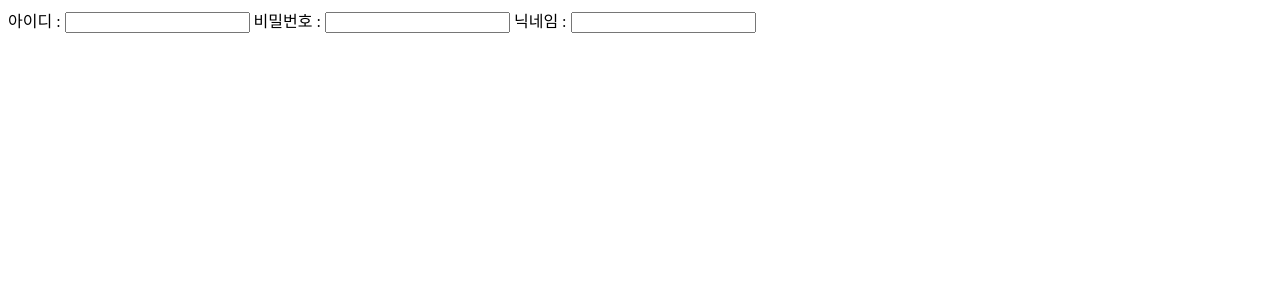
Repository: JongMin22/jsp.practice
Page: http://localhost/JSPBasic/JspObject/5.session/session_login.jsp
The author's editor kept a copy of each file at every save. The page is drawn from the files as they stood at one save, then again after the next save.
The browser window is 1280 px wide. The pictures show the whole page.
The page is served by Tomcat 9.

Above is the page before, as saved 2022-02-08 02:08:43.

After the next save:
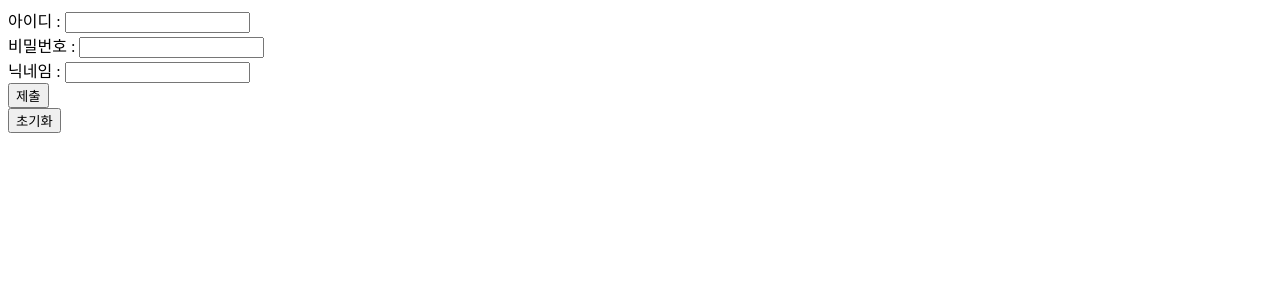
Saved 45 s later.
--- a/JSPBasic/src/main/webapp/JspObject/5.session/session_login.jsp
+++ b/JSPBasic/src/main/webapp/JspObject/5.session/session_login.jsp
@@ -8,9 +8,11 @@
 </head>
 <body>
 <form action="session_login_check.jsp" method="post">
-아이디 : <input type="text" name="id"/>
-비밀번호 : <input type="password" name="pw"/>
-닉네임 : <input type="text" name="nickname"/>
+아이디 : <input type="text" name="id"/><br/>
+비밀번호 : <input type="password" name="pw"/><br/>
+닉네임 : <input type="text" name="nickname"/><br/>
+<input type="submit" value="제출"/><br/>
+<input type="reset" value="초기화"/>
 </form>
 </body>
 </html>
